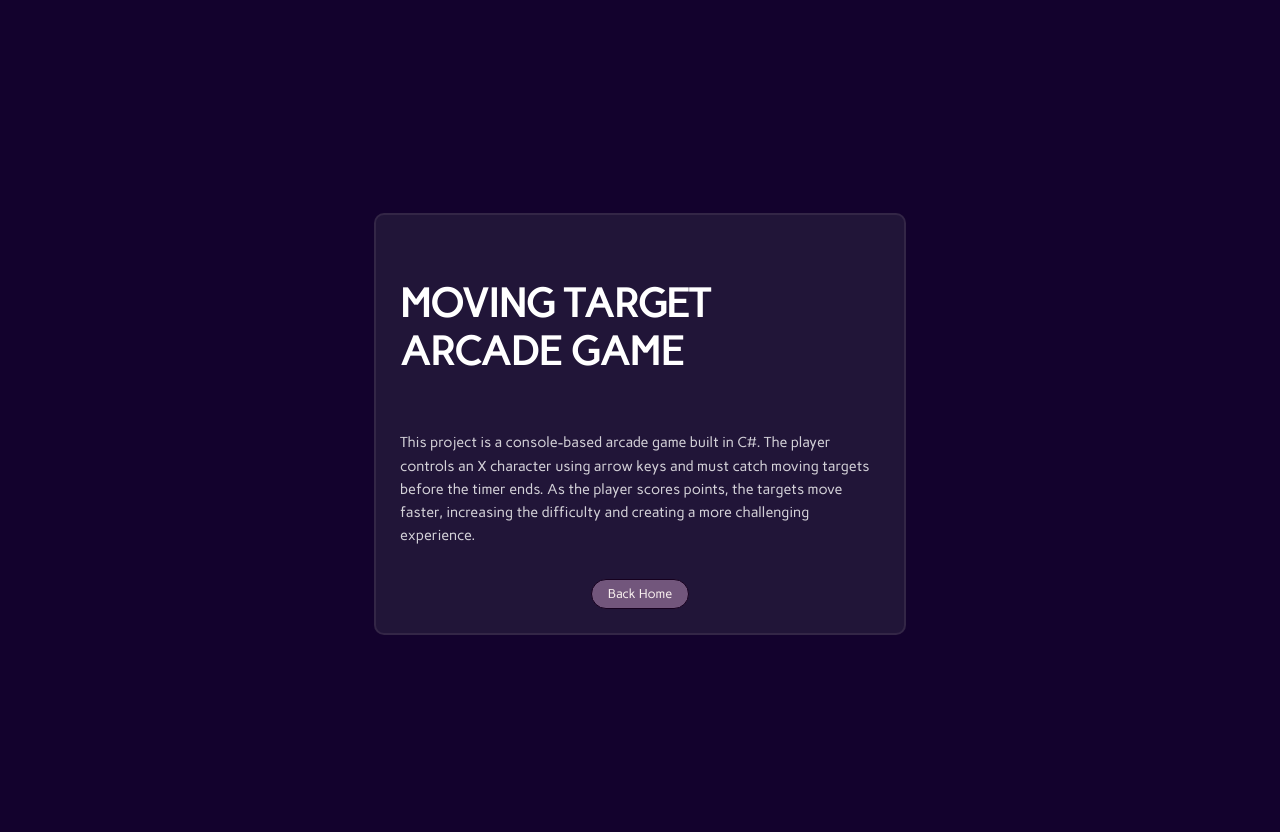
Repository: Rameen-A/Rameen-A
Page: pages/project-MovingTarget-1.html
An editor plug-in stored every save of this project. The page is shown before and after the next save, followed by the edit.
The browser window is 1280 px wide. The pictures show the whole page.

Above is the page before, as saved 2026-05-11 23:19:16.

### pages/project-MovingTarget-1.html
<!DOCTYPE html>
<html lang="en">
  <head>
    <meta charset="UTF-8" />
    <meta name="viewport" content="width=device-width, initial-scale=1.0" />
    <title>Moving Target Arcade game</title>
    <link rel="stylesheet" href="../styles/globals.css" />
    <link rel="stylesheet" href="../styles/index.css" />
  </head>
  <body>
    <section class="projects">
      <article class="card">
        <h1>Moving Target Arcade Game</h1>

        <p>
          This project is a console-based arcade game built in C#. The player
          controls an X character using arrow keys and must catch moving targets
          before the timer ends. As the player scores points, the targets move
          faster, increasing the difficulty and creating a more challenging
          experience.
        </p>

        <a href="../index.html">Back Home</a>
      </article>
    </section>
  </body>
</html>

### styles/globals.css
/* FONT DEFS */
@font-face {
  font-family: "main font";
  src: url(../assets/fonts/Carme/Carme-Regular.ttf);
}

/* CROSS PAGE STYLES */
body {
  color: white;
  font-family: "main font", Verdana, sans-serif;
  margin: 0;
}

h1 {
  font-weight: bold;
  text-transform: uppercase;
  font-size: 1.75rem;
}
h3 {
  font-size: 1.3rem;
}

a {
  text-decoration: none;
  color: white;
  font-size: 1rem; /*! too small*/
}
ul {
  list-style: none;
  padding: 0;
  margin: 0;
}
a:hover {
  text-decoration: underline;
}
@media (min-width: 768px) {
  h1 {
    font-size: 2.5rem;
  }
  h3 {
    font-size: 1.5rem;
  }

  a {
    font-size: 1rem;
  }
}

### styles/index.css
body {
  margin: 0;
  background-color: black;
}

.hero {
  display: flex;
  align-items: center;
  justify-content: center;
  text-align: center;
  height: 100vh;

  background-image: url(../assets/images/getsitecontrol__compress-gif__free.gif);
  background-size: cover;
  background-position: center;
  background-repeat: no-repeat;
}
.hero a,
.card a {
  border: 2px solid rgb(235, 223, 223);
  padding: 0.5rem;
  border-radius: 20px;
  background-color: rgb(114, 86, 124);
  color: rgb(248, 239, 239);
  text-decoration: none;
}
article {
  opacity: 1;
}

/*menu bar */
.menu {
  background: rgba(0, 0, 0, 0.9);
  display: flex;
  flex-direction: row;
  justify-content: flex-end;
}

/* ABOUT ME  */
.about {
  display: flex;
  align-items: center;
  justify-content: center;
  min-height: 100vh;
  text-align: center;

  gap: 2.5rem;
  flex-direction: column;

  background-color: rgb(29, 2, 46);
}
.about h2 {
  font-size: 1.75rem;
  margin-bottom: 1rem;
  letter-spacing: 0.3em;
  text-transform: uppercase;
}
.about-content {
  display: flex;
  flex-direction: column;
  align-items: center;
  gap: 1rem;
  margin: 0 1rem;
  width: 100%;
  max-width: 90%;
  text-align: left;
  line-height: 1.8;
  font-size: 1rem;
}
.about img {
  width: 13rem;
  height: 10rem;

  object-fit: cover;
  border-radius: 50%;

  border: 4px solid rgb(91, 57, 101);
}
.about-list li {
  font-size: 0.95rem;
  line-height: 1.5;
}

.tools-labels {
  font-size: 0.8rem;
  text-transform: uppercase;
  letter-spacing: 0.08em;
  text-align: left;
  margin-bottom: 0.5rem;
}
.tools-list {
  display: flex;
  flex-wrap: wrap; /* allows items to wrap / internet*/
  gap: 1rem;
  text-align: left;
  justify-content: center;
}
.tools-list li {
  background-color: rgb(64, 36, 83);
  border: 1px solid rgba(255, 255, 255, 0.2);
  border-radius: 20px;
  padding: 0.3rem 0.85rem;
  font-size: 0.8rem;
}
/*PROJECTS*/
.projects {
  display: flex;
  justify-content: center;
  min-height: 100vh;
  background-color: rgb(19, 2, 45);
  align-items: center;
  padding-top: 4rem;
  padding-bottom: 3rem;
  flex-direction: column;
}
.projects h2 {
  font-size: 1.75rem;
  margin-bottom: 1rem;
  letter-spacing: 0.3em;
  text-transform: uppercase;
}

.cards {
  display: flex;
  flex-direction: column;
  gap: 1.5rem;
  align-items: center;
  margin: 0 1rem;
  width: 100%;
  max-width: 90%;
  text-align: left;
}
.card {
  background-color: #211538;
  border: 2px solid rgba(201, 187, 196, 0.1);
  border-radius: 10px;
  padding: 1.5rem;
  text-align: left;
  display: flex;
  flex-direction: column;
  align-items: center;
  gap: 1rem;
  margin: 0.5rem;
}

.card:hover {
  border-color: rgba(244, 243, 243, 0.4);
}

.card h3 {
  font-size: 1.1rem;
  margin-bottom: 0.5rem;
}

.card p {
  font-size: 0.9rem;
  line-height: 1.6;
  opacity: 0.8;
  margin: 0 0 0.5rem 0;
}

.card .tech {
  font-size: 0.75rem;
  opacity: 0.5;
  margin: 0.75rem 0;
}

.card a {
  display: inline-block;
  border: 1px solid rgb(22, 1, 31);
  padding: 0.4rem 1rem;
  border-radius: 20px;
  font-size: 0.8rem;
  margin-top: 0.5rem;
}

.card a:hover {
  background-color: rgb(169, 119, 222);
  color: #eeeff1;
  text-decoration: none;
}

/*CREATIVE WORK*/
.creative-work {
  background-color: rgb(2, 2, 40);
  padding: 5rem 1rem;
  text-align: center;
}

.creative-work h2 {
  font-size: 1.75rem;
  margin-bottom: 3rem;
  letter-spacing: 0.3rem;
  text-transform: uppercase;
}

.creative-cards {
  display: flex;
  flex-direction: column;
  gap: 2.5rem;
  align-items: center;
}

.creative-card {
  background-color: #2c294d;
  border-radius: 1rem;
  overflow: hidden;
  width: 100%;
  max-width: 22rem;

  transition: transform 0.3s ease;
}
.creative-images {
  display: grid;
  grid-template-columns: 1fr 1fr;
  gap: 1rem;
  padding: 0.5rem;
}
.creative-images img {
  border-radius: 10%;
}
.creative-content a {
  display: inline-block;
  margin-top: 1rem;
  padding: 0.6rem 1.2rem;

  border: 2px solid rgb(237, 236, 243);
  border-radius: 2rem;

  transition: 0.3s ease;
}
.creative-card {
  display: flex;
  flex-direction: column;
}

.creative-content a:hover {
  background-color: rgb(115, 105, 173);
  border: 2px solid rgb(39, 31, 88);
  color: rgb(255, 255, 255);
  text-decoration: none;
}
.creative-card img {
  width: 100%;
  height: 16rem;
  object-fit: cover;
  display: block;
}

.creative-content {
  padding: 1.5rem;
  text-align: left;
}

.creative-content h3 {
  margin-bottom: 1rem;
  font-size: 1.3rem;
}

.creative-content p {
  line-height: 1.7;
}
.creative-tech {
  font-size: 0.75rem;
  opacity: 0.5;
  margin: 0.75rem 0;
}
/*CONTACT PAGE*/
.contact {
  display: flex;
  flex-direction: column;
  align-items: center;

  padding-bottom: 6rem;
  padding: 4rem 1rem;

  background-color: rgb(2, 0, 0);
}
.contact p {
  font-size: 1.2rem;
}
.contact h2 {
  font-size: 1.75rem;
  margin-bottom: 1rem;
  letter-spacing: 0.3em;
  text-transform: uppercase;
}
.contact-cards {
  display: flex;
  flex-direction: column;
  gap: 1.5rem;

  width: 100%;
  max-width: 90%;

  margin: 0 auto;
  align-items: center;
}
.contact-card {
  background-color: #976095;
  padding: 1rem;
  border-radius: 10px;
  text-align: center;
  position: relative;
  overflow: hidden;
  width: 100%;
  max-width: 22rem;
}

.hover-text {
  position: absolute;
  inset: 0; /* fills the card */

  display: flex;
  align-items: center;
  justify-content: center;

  opacity: 0;
  transition: opacity 0.3s ease;
}
.contact-card:hover {
  transform: translateY(-8px);
  transition: transform 0.3s ease;
  border: 4px solid rgb(171, 133, 157);
}
.contact-card a {
  opacity: 0;
  transition: opacity 0.3s ease;
  display: block;
  margin-top: 0.5rem;
  background-color: #e28ed1;
  font-size: 1rem;
}
.contact-card:hover a {
  opacity: 1;
  background-color: #d07ec1;

  font-size: 1rem;
}

.contact-card:hover .hover-text {
  opacity: 1;
}
.contact-card .label {
  font-size: 1rem;
  text-transform: uppercase;
}

/* nav mods */
nav {
  position: sticky;
  top: 0;
}

nav ul {
  display: flex;
  justify-content: flex-end;
  margin: 0rem;
}

nav ul li {
  list-style: none;
  margin: 1rem;
}

/* Mobile-first navigation */
nav ul {
  justify-content: center;
}

/* Tablet and desktop layouts */
@media (min-width: 768px) {
  nav ul {
    justify-content: flex-end;
  }

  .about {
    gap: 3rem;
    text-align: left;
    flex-direction: row;
    text-align: left;
  }
  .card {
    max-width: 30rem;
  }

  .cards {
    flex-direction: row;
    flex-wrap: wrap;
    justify-content: center;
  }
  .creative-cards {
    flex-direction: row;
    justify-content: center;
    align-items: stretch;
    flex-wrap: wrap;
  }

  .creative-card {
    max-width: 24rem;
  }

  .creative-work h2 {
    font-size: 2.5rem;
  }

  .contact-cards {
    flex-direction: row;
    flex-wrap: wrap;
    justify-content: center;
  }

  .about h2,
  .projects h2,
  .contact h2 {
    font-size: 2.5rem;
  }
  .hero h1 {
    font-size: 3rem;
  }

  .hero h3 {
    font-size: 1.5rem;
  }
}

After the next save:
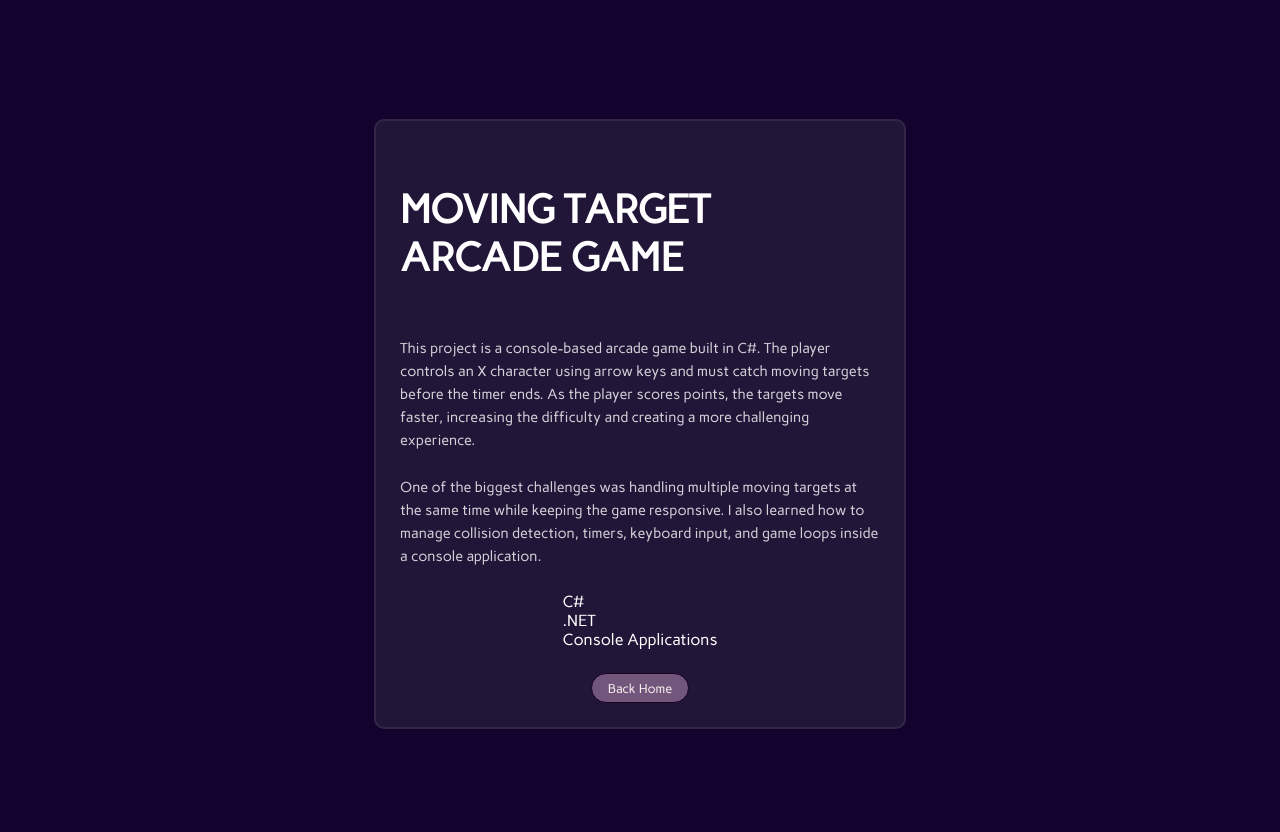
Saved 8 min 32 s later.
--- a/pages/project-MovingTarget-1.html
+++ b/pages/project-MovingTarget-1.html
@@ -19,6 +19,18 @@
           faster, increasing the difficulty and creating a more challenging
           experience.
         </p>
+        <p>
+          One of the biggest challenges was handling multiple moving targets
+          at the same time while keeping the game responsive.
+
+          I also learned how to manage collision detection,
+          timers, keyboard input, and game loops inside a console application.
+        </p>
+        <ul>
+          <li>C#</li>
+          <li>.NET</li>
+          <li>Console Applications</li>
+        </ul>
 
         <a href="../index.html">Back Home</a>
       </article>
